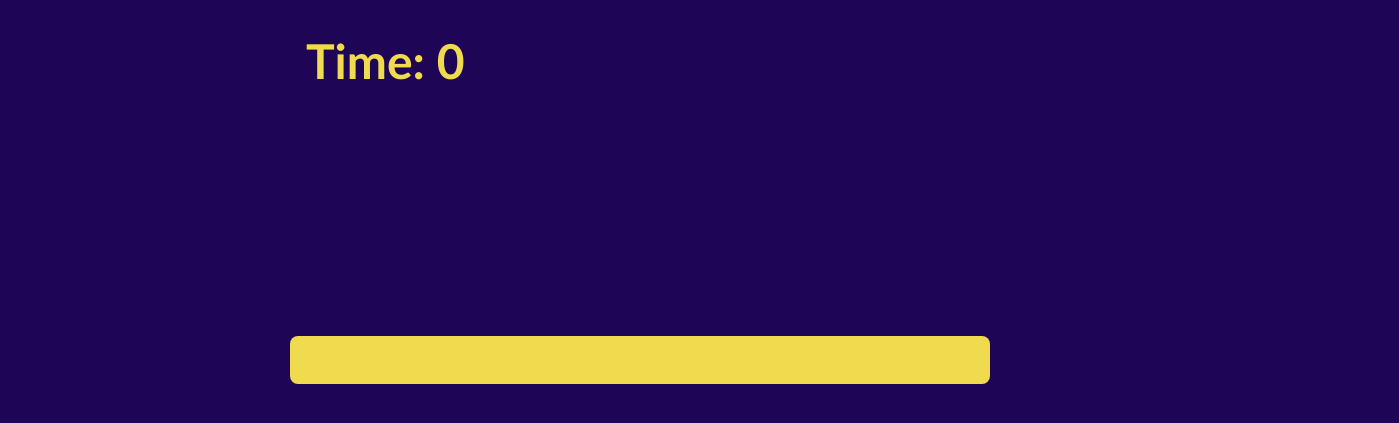
Repository: KhangNguyenIU/Vanilajs-TypingSpeed
Page: index.html
The author's editor kept a copy of each file at every save. The page is drawn from the files as they stood at one save, then again after the next save.
The browser window is 1280 px wide. The page is 1280 px wide, then 1399 px, so the pictures cover 1399 px, including what lies to the right of the window. The pictures show the whole page.
The page's requests for data from a server got no answer.

Above is the page before, as saved 2021-10-15 10:31:05.

After the next save:
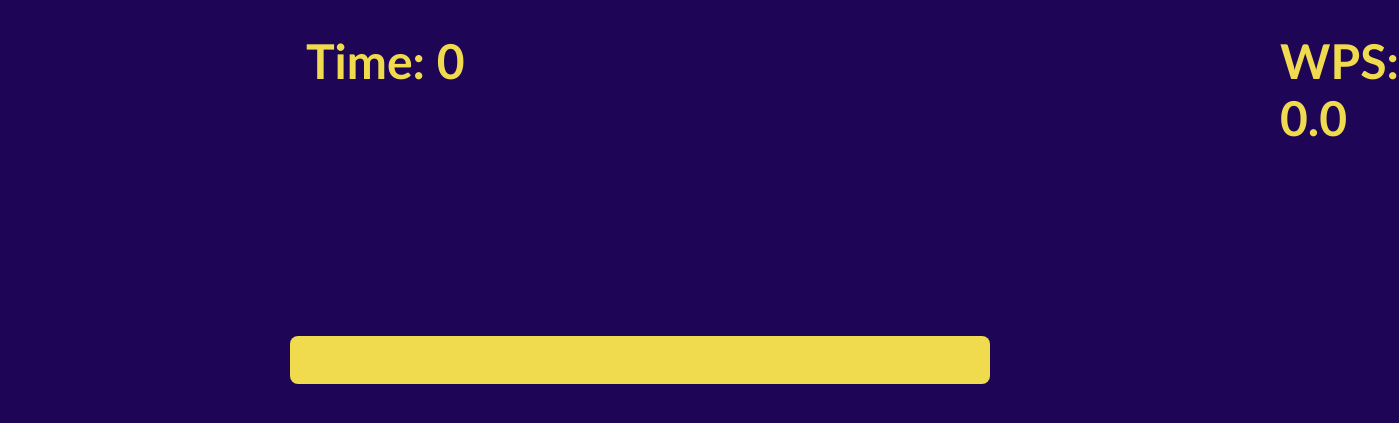
Saved 16 s later.
--- a/style.css
+++ b/style.css
@@ -34,7 +34,7 @@
   .word-speed {
     position: absolute;
     top: 2rem;
-    right:100%;
+    left:100%;
     font-size: 3rem;
     color: #F0DB4F;
     font-weight: bold;
